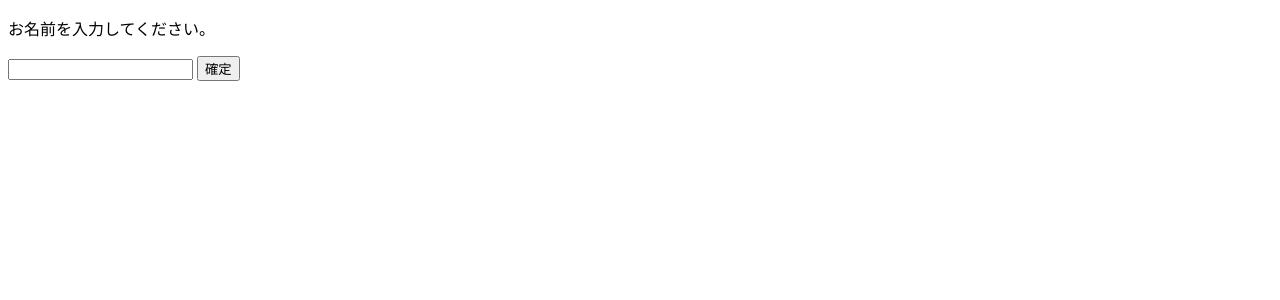
Repository: koju5335232/backup
Page: http://localhost/HelloJSP/
The author's editor kept a copy of each file at every save. The page is drawn from the files as they stood at one save, then again after the next save.
The browser window is 1280 px wide. The pictures show the whole page.
The page is served by Tomcat 9.

Above is the page before, as saved 2018-01-09 05:43:20.

After the next save:
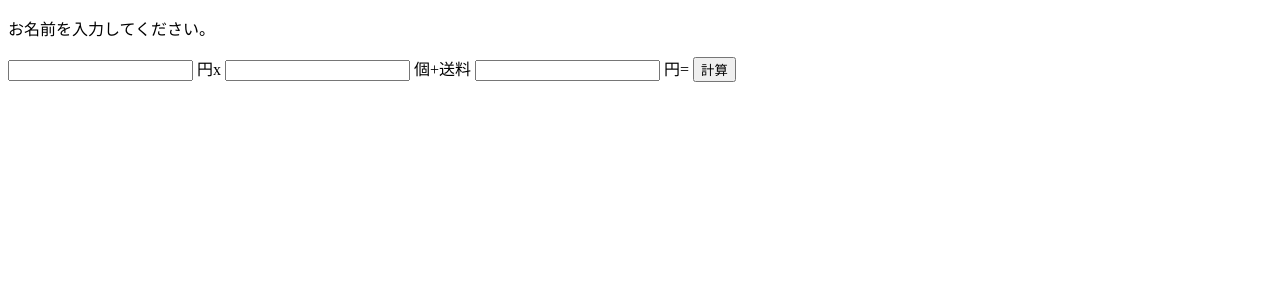
Saved 5 min 17 s later.
--- a/HelloJSP/WebContent/index.jsp
+++ b/HelloJSP/WebContent/index.jsp
@@ -8,9 +8,14 @@
 </head>
 <body>
 <p>お名前を入力してください。</p>
-<form method="post" action="greeting-out.jsp">
-<input type="text" name="user">
-<input type="submit" value="確定">
+<form method="post" action="total-out.jsp">
+<input type="text" name="price">
+円x
+<input type="text" name="count">
+個+送料
+<input type="text" name="delivery">
+円=
+<input type="submit" value="計算">
 </form>
 </body>
 </html>
